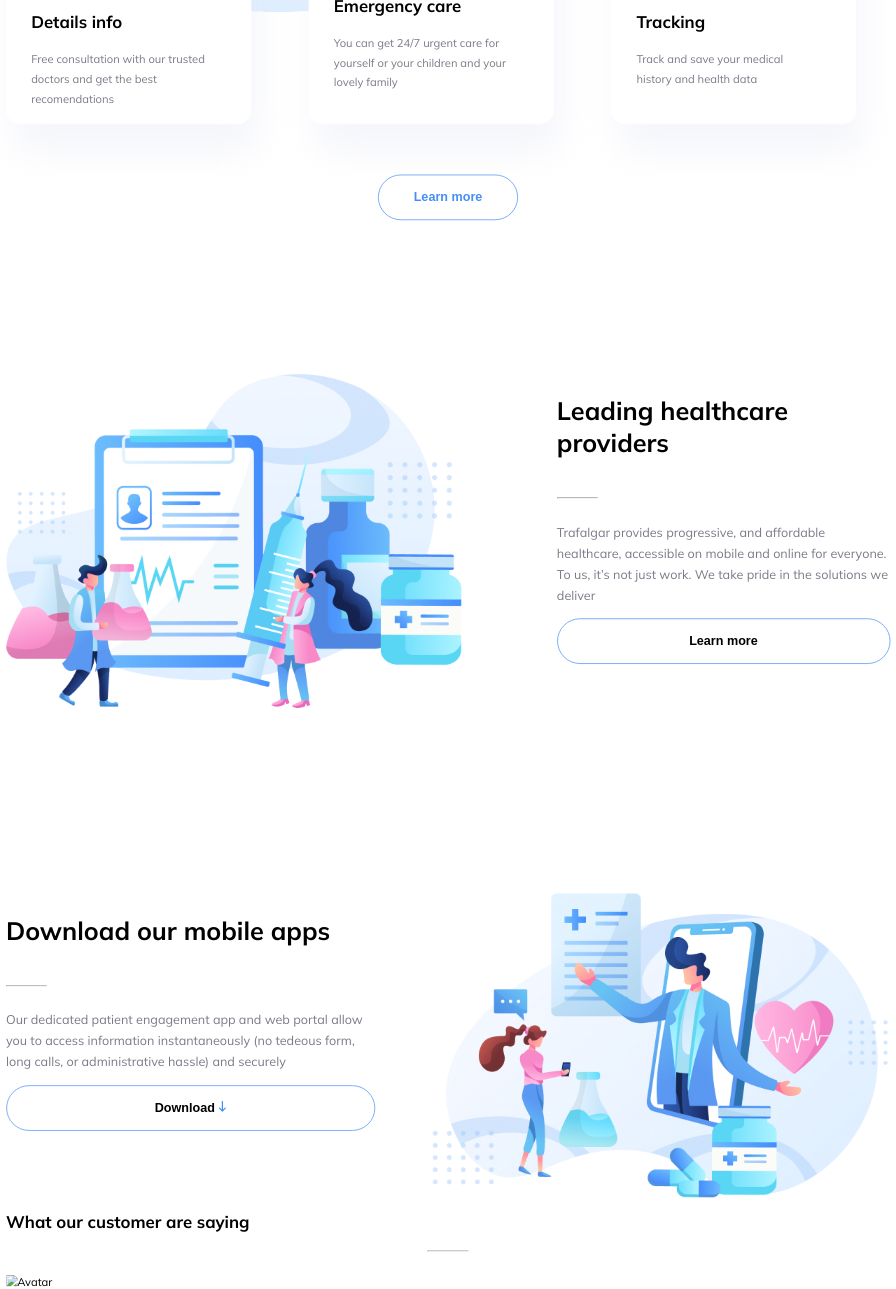
Repository: ivan-developer-01/trafalgar-layout
Page: index.html
The author's editor kept a copy of each file at every save. The page is drawn from the files as they stood at one save, then again after the next save.
The browser window is 1280 px wide. The pictures show the part of the page from y = 1668 to 3588 px (the page is 3510 px tall before and 3588 px after), at 70% of full size.

Above is the page before, as saved 2024-11-08 15:14:06.
Not found: images/reviews/avatar.png

After the next save:
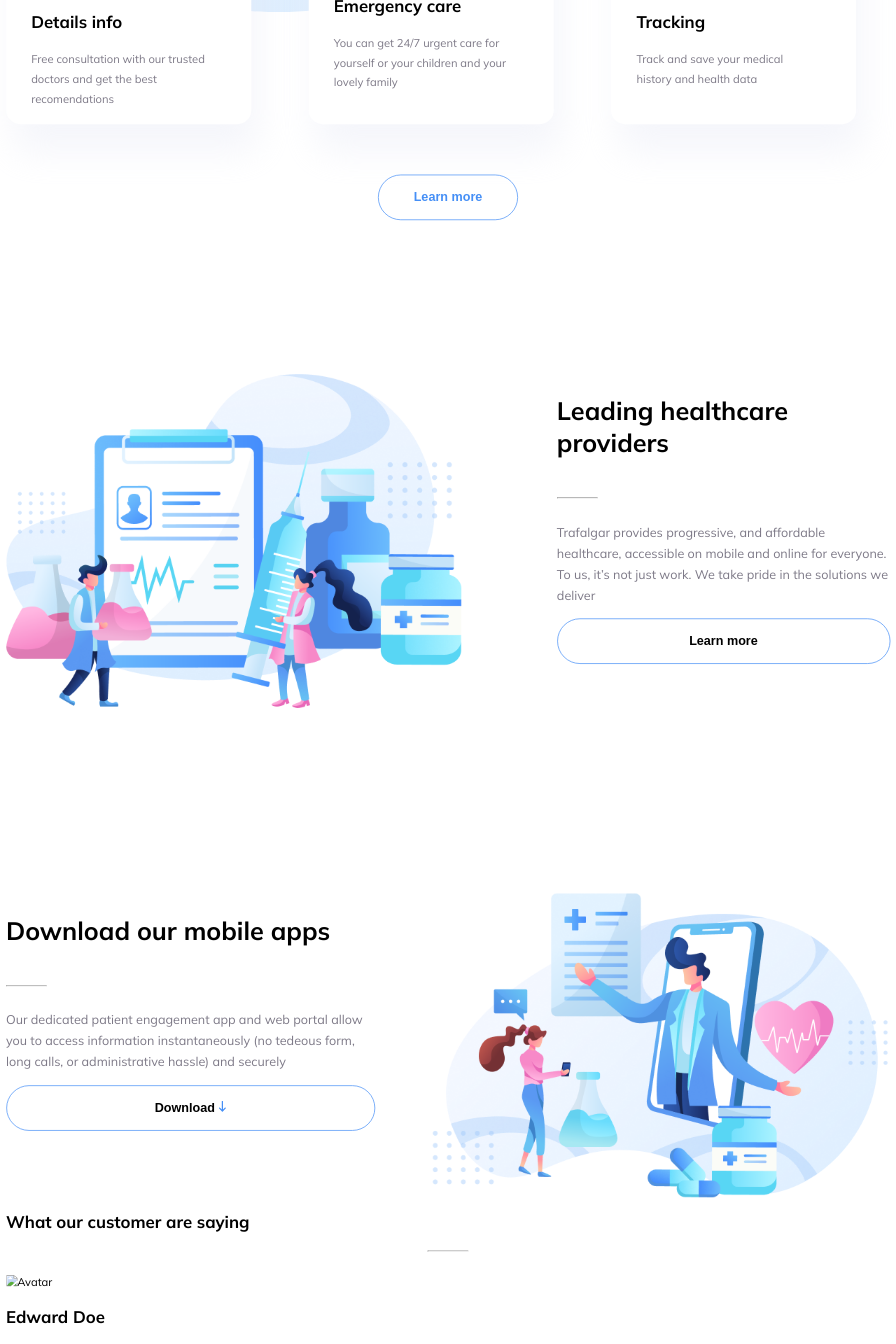
Saved 14 s later.
--- a/index.html
+++ b/index.html
@@ -156,7 +156,9 @@ lovely family</p>
 					<div class="review">
 						<div class="user">
 							<img src="images/reviews/avatar.png" alt="Avatar" class="avatar">
-
+							<div class="user-credentials">
+								<h3>Edward Doe</h3>
+							</div>
 						</div>
 					</div>
 				</div>
